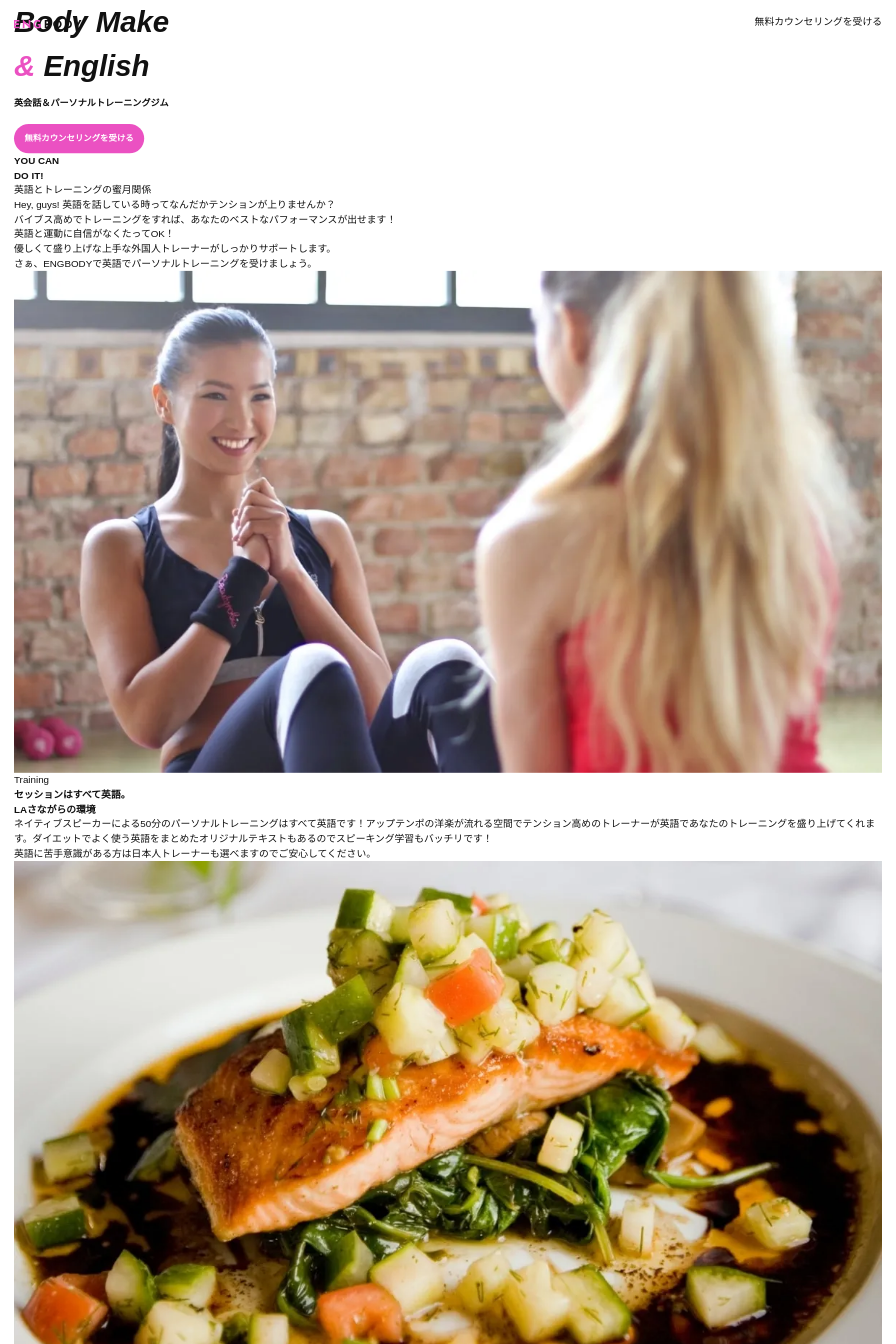
Repository: tetishi/engbody
Page: index.html
An editor plug-in stored every save of this project. The page is shown before and after the next save, followed by the edit.
The browser window is 1280 px wide. The pictures show the part of the page from y = 0 to 1920 px (the page is 12144 px tall before and 12081 px after), at 70% of full size.
The style sheet was rebuilt from its Sass, Less or Tailwind sources for each picture, by a compiler version that may differ from the author's.

Above is the page before, as saved 2023-07-25 17:08:05.

### index.html
<!DOCTYPE html>
<html lang="en">
<head>
    <meta charset="UTF-8">
    <meta name="viewport" content="width=device-width, initial-scale=1.0">
    <title>ENGBODY</title>
    <link href="https://fonts.googleapis.com/css2?family=Josefin+Sans:ital,wght@0,400;0,700;1,400;1,700&display=swap" rel="stylesheet">
    <link rel="stylesheet" href="./css/reset.css">
    <link rel="stylesheet" href="./css/style.css">
</head>
<body>
    <header class="header">
        <div class="header-inner">
            <h2 class="nav-title">
                <a href="#">
                    <img src="img/engbody.svg" alt="ENGBODY">
                </a>
            </h2>
            <nav class="header-nav">
                <div class="counseling-btn-top">
                    <a href="#">無料カウンセリングを受ける</a>
                </div>
            </nav>
        </div>
    </header>

    <main>
        <!-- fv -->
        <div class="fv">
            <div class="section-inner">
                <h2 class="page-title">
                    Body Make<br>
                    <span>&</span> English
                </h2>
                <div class="page-title-bottom">
                    英会話＆パーソナルトレーニングジム
                </div>
                <div class="counseling-btn">
                    <a href="#">無料カウンセリングを受ける</a>
                </div>
            </div>
        </div>

        <section id="concept" class="section-wrapper">
            <div class="section-outer">
                <div class="section-inner">
                    <h2 class="catchphrase">
                        YOU CAN<br class="sp">
                        DO IT!
                    </h2>
                    <p class="section-under-title">
                        英語とトレーニングの<span class="phrase">蜜月関係</span>
                    </p>
                    <p class="concept-text">
                        Hey, guys! 英語を話している時ってなんだかテンションが上りませんか？<br>
                        バイブス高めでトレーニングをすれば、あなたのベストなパフォーマンスが出せます！<br>
                        英語と運動に自信がなくたってOK！<br>
                        優しくて盛り上げな上手な外国人トレーナーがしっかりサポートします。<br>
                        さぁ、ENGBODYで英語でパーソナルトレーニングを受けましょう。
                    </p>
                    <div class="training-box">
                        <div class="training-img">
                            <picture>
                                <source srcset="img/training.webp" type="image/webp">
                                <img src="img/training.jpg" alt="外国人のパーソナルトレーナーがお客様に英語とトレーニングをサポートしている様子">
                            </picture>
                        </div>
                        <div class="training-text">
                            <p class="training-top">
                                Training
                            </p>
                            <h3 class="training-title">
                                セッションはすべて英語。<br>
                                LAさながらの環境
                            </h3>
                            <p class="training-description">
                                ネイティブスピーカーによる50分のパーソナルトレーニングはすべて英語です！アップテンポの洋楽が流れる空間でテンション高めのトレーナーが英語であなたのトレーニングを盛り上げてくれます。ダイエットでよく使う英語をまとめたオリジナルテキストもあるのでスピーキング学習もバッチリです！<br>
                                英語に苦手意識がある方は日本人トレーナーも選べますのでご安心してください。
                            </p>
                        </div>
                    </div>
                    <div class="food-box">
                        <div class="food-img">
                            <picture>
                                <source srcset="img/food.webp" type="image/webp">
                                <img src="img/food.jpg" alt="低糖質レストラン『LCR』の魚と野菜の盛り合わせメニューの写真">
                            </picture>
                        </div>
                        <div class="food-text">
                            <p class="food-top">
                                Food
                            </p>
                            <h3 class="food-title">
                                低糖質レストランを完備！<br>
                                美味しく食べてダイエット
                            </h3>
                            <p class="food-description">
                                食事制限って大変ですよね......。でも大丈夫！ENGBODY館内には低糖質レストラン『LCR』を完備しています。Low carb（低糖質）なのにとっても美味しい味に驚くはずです！メニューも豊富で飽きさせません。美味しく食べてしっかり痩せる！しかも英語力もアップ！それがENGBODYなのです。
                            </p>
                        </div>
                    </div>
                    <div class="counseling-btn">
                        <a href="#">無料カウンセリングを受ける</a>
                    </div>
                </div>
            </div>

        </section>

        <section class="section-wrapper">
            <div class="section-outer">
                <div class="section-inner">
                    <h2 class="section-title">
                        Our Trainer
                        <span>トレーナー</span>
                    </h2>
                    <div class="select-option">
                        <p class="trainer">
                            トレーナー
                        </p>
                        <p class="staff">
                            スタッフ
                        </p>
                    </div>
                    <ul class="trainer-list">
                        <li class="trainer-item">
                            <picture>
                                <source srcset="img/trainer01.webp" type="image/webp">
                                <img src="img/trainer01.jpg" alt="日本人女性のトレーナーの写真">
                            </picture>
                            <p class="trainer-greeting">
                                こんにちは！英語で楽しくトレーニングしましょう。日本語が話せますのでご安心ください。
                            </p>
                        </li>
                        <li class="trainer-item">
                            <picture>
                                <source srcset="img/trainer02.webp" type="image/webp">
                                <img src="img/trainer02.jpg" alt="外国人女性のトレーナーの写真">
                            </picture>
                            <p class="trainer-greeting">
                                Hello! 筋肉をつけすぎずしなやかな体を作ることが得意です！美しさを磨いていきましょう。
                            </p>
                        </li>
                        <li class="trainer-item">
                            <picture>
                                <source srcset="img/trainer03.webp" type="image/webp">
                                <img src="img/trainer03.jpg" alt="外国人男性のトレーナーの写真">
                            </picture>
                            <p class="trainer-greeting">
                                Hi, 負荷や強度の高いトレーニングがしたいならおまかせてください！どんなご要望もできるかぎり叶えますよ！
                            </p>
                        </li>
                    </ul>
                    <ul class="staff-list">
                        <li class="staff-item">
                            <picture>
                                <source srcset="img/staff01.webp" type="image/webp">
                                <img src="img/staff01.jpg" alt="日本人女性スタッフの写真">
                            </picture>
                            <p class="staff-greeting">
                                ENBODYは明るくてとっても楽しいジムです！みなさんのセッションが楽しくなるようしっかりサポートいたします。
                            </p>
                        </li>
                        <li class="staff-item">
                            <picture>
                                <source srcset="img/staff02.webp" type="image/webp">
                                <img src="img/staff02.jpg" alt="外国人男性スタッフの写真">
                            </picture>
                            <p class="staff-greeting">
                                Hi, please let me know anytime if you have any questions. We will fully support you!
                            </p>
                        </li>
                    </ul>
                </div>
            </div>
        </section>

        <section class="section-wrapper">
            <div class="section-outer">
                <div class="section-inner">
                    <h2 class="section-title">
                        Studio
                        <span>スタジオ</span>
                    </h2>
                    <div class="slide-image">
                        <picture>
                            <source srcset="img/studio01.webp" type="image/webp">
                            <img src="img/studio01.jpg" alt="後ろ姿の女性がトレーニング器具に座って、ダンベルを両手に持ち上げて、スタジオでトレーニングしている写真">
                        </picture>
                        <picture>
                            <source srcset="img/studio02.webp" type="image/webp">
                            <img src="img/studio02.jpg" alt="正面を向いた女性がトレーニング器具に座って、腕を上げてスタジオでトレーニングしている写真">
                        </picture>
                        <picture>
                            <source srcset="img/studio03.webp" type="image/webp">
                            <img src="img/studio03.jpg" alt="後ろ姿の男性がスタジオでバーベルを持ってウエイトトレーニングをしている写真">
                        </picture>
                    </div>
                </div>
            </div>
        </section>

        <section class="section-wrapper">
            <div class="section-outer">
                <div class="section-inner">
                    <h2 class="section-title">
                        Price
                        <span>料金</span>
                    </h2>
                    <ul class="price-list">
                        <li class="price-item">
                            <div class="price-box">
                                <p class="course">
                                    週１コース
                                </p>
                                <h3 class="course-price">
                                    ¥20,000
                                </h3>
                                <p class="admission-fee">
                                    （入会金 ¥10000）
                                </p>
                            </div>
                            <div class="rental-box">
                                <p class="course-top">
                                    レンタル
                                </p>
                                <p class="course-text">
                                    タオル、ウェア、プロテイン無料
                                </p>
                            </div>
                            <div class="restaurant-box">
                                <p class="course-top">
                                    レストラン
                                </p>
                                <p class="course-text">
                                    使用不可
                                </p>
                            </div>
                            <div class="diet-box">
                                <p class="course-top">
                                    食事指導
                                </p>
                                <p class="course-text">
                                    無し
                                </p>
                            </div>
                        </li>
                        <li class="price-item">
                            <p class="recommend">
                                オススメ！
                            </p>
                            <div class="price-box">
                                <p class="course">
                                    週２コース
                                </p>
                                <h3 class="course-price">
                                    ¥40,000
                                </h3>
                                <p class="admission-fee">
                                    （入会金 ¥10000）
                                </p>
                            </div>
                            <div class="rental-box">
                                <p class="course-top">
                                    レンタル
                                </p>
                                <p class="course-text">
                                    タオル、ウェア、プロテイン無料
                                </p>
                            </div>
                            <div class="restaurant-box">
                                <p class="course-top">
                                    レストラン
                                </p>
                                <p class="course-text">
                                    使用可
                                </p>
                            </div>
                            <div class="diet-box">
                                <p class="course-top">
                                    食事指導
                                </p>
                                <p class="course-text">
                                    有り
                                </p>
                            </div>
                        </li>
                        <li class="price-item">
                            <div class="price-box">
                                <p class="course">
                                    無制限
                                </p>
                                <h3 class="course-price">
                                    ¥70,000
                                </h3>
                                <p class="admission-fee">
                                    （入会金 ¥10000）
                                </p>
                            </div>
                            <div class="rental-box">
                                <p class="course-top">
                                    レンタル
                                </p>
                                <p class="course-text">
                                    タオル、ウェア、プロテイン無料
                                </p>
                            </div>
                            <div class="restaurant-box">
                                <p class="course-top">
                                    レストラン
                                </p>
                                <p class="course-text">
                                    使用可
                                </p>
                            </div>
                            <div class="diet-box">
                                <p class="course-top">
                                    食事指導
                                </p>
                                <p class="course-text">
                                    有り
                                </p>
                            </div>
                        </li>
                    </ul>
                </div>
            </div>
        </section>

        <section class="section-wrapper">
            <div class="section-outer">
                <div class="section-inner">
                    <h2 class="section-title">
                        FAQ
                        <span>よくあるご質問</span>
                    </h2>
                    <div class="faq-box">
                        <details class="faq-item">
                            <summary class="faq-top-text">
                                見学や体験は可能ですか？
                            </summary>
                            <p class="faq-bottom-text">
                                無料カウンセリングの際に見学が可能です。フォームに見学・体験希望の欄がございますので内容をご確認しチェックを入れてください。
                            </p>
                        </details>
                        <details class="faq-item">
                            <summary class="faq-top-text">
                                用意するものは何がありますか？
                            </summary>
                            <p class="faq-bottom-text">
                                シューズをご持参ください。ウェアとタオルは無料でレンタルが可能です。
                            </p>
                        </details>
                        <details class="faq-item">
                            <summary class="faq-top-text">
                                シャワールームはありますか？
                            </summary>
                            <p class="faq-bottom-text">
                                5つのシャワールームがございます。ボディソープ・シャンプー・リンスなどのアメニティやドライヤーもご用意しております。
                            </p>
                        </details>
                    </div>
                </div>
            </div>
        </section>

        <div class="free-counseling">
            <picture>
                <source srcset="img/sp_counseling_top.webp" type="image/webp">
                <img src="img/sp_counseling_top.jpg" alt="アジア人、黒人、白人の女性3人がトレーニングウェアを着て肩を組んで笑顔でこちらを見ている写真">
            </picture>
            <div class="counseling-container">
                <h3 class="invite-message">
                    Come join us!! 😊
                </h3>
                <div class="counseling-btn white">
                    <a href="#">無料カウンセリングを受ける</a>
                </div>
            </div>
        </div>

    </main>
    <footer class="footer">
        <div class="footer-text">
            ENGBODY
        </div>
    </footer>

    <a href="#" class="pagetop">
        <div class="pagetop-arrow">
            <i class="fas fa-angle-up"></i>
        </div>
    </a>
</body>
</html>

### css/style.scss
/* base */

html {
    font-size: 62.5%;
}
body {
    font-size: 1.4rem;
    font-family: 'Hiragino Sans', sans-serif;
    color: #111111;
}
h2 h3 {
    font-family: 'Josefin Sans', sans-serif;
}
img {
    vertical-align: bottom;
}
.section-inner {
    padding: 0 20px;
    // margin: 0 auto;
}
.section-title {
    font-size: 4rem;
    &:nth-of-type(2) {
        font-size: 3.2rem;
    }
    &:nth-of-type(odd) {
        color: #fff;
    }
    span {
        font-size: 1.4rem;
        margin-bottom: 30px;
        &:last-of-type {
            margin-bottom: 35px;
        }
    }
}
a {
    color: inherit;
    text-decoration: none;
}

// header
.header {
    position: fixed;
    width: 100%;
    top: 0;
    left: 0;
    z-index: 999;
}
.header-inner {
    display: flex;
    justify-content: space-between;
    align-items: center;
    height: 60px;
    padding: 0 20px;
}
.counseling-btn {
    font-weight: bold;
    color: #fff;
    font-size: 1.2rem;
    width: 186px;
    background-color: #EB51C2;
    text-align: center;
    vertical-align: middle;
    border-radius: 50px;
    padding: 12px 15px;
}

//fv
.page-title {
    font-size: 4.2rem;
    font-style: italic;
    span {
        color: #EB51C2;
    }
}
.page-title-bottom {
    font-size: 1.3rem;
    font-weight: bold;
    margin: 12px 0 19px;
}

Loaded but not shown: img/engbody.svg (6 lines, source omitted); css/reset.css (146 lines, source omitted)

After the next save:
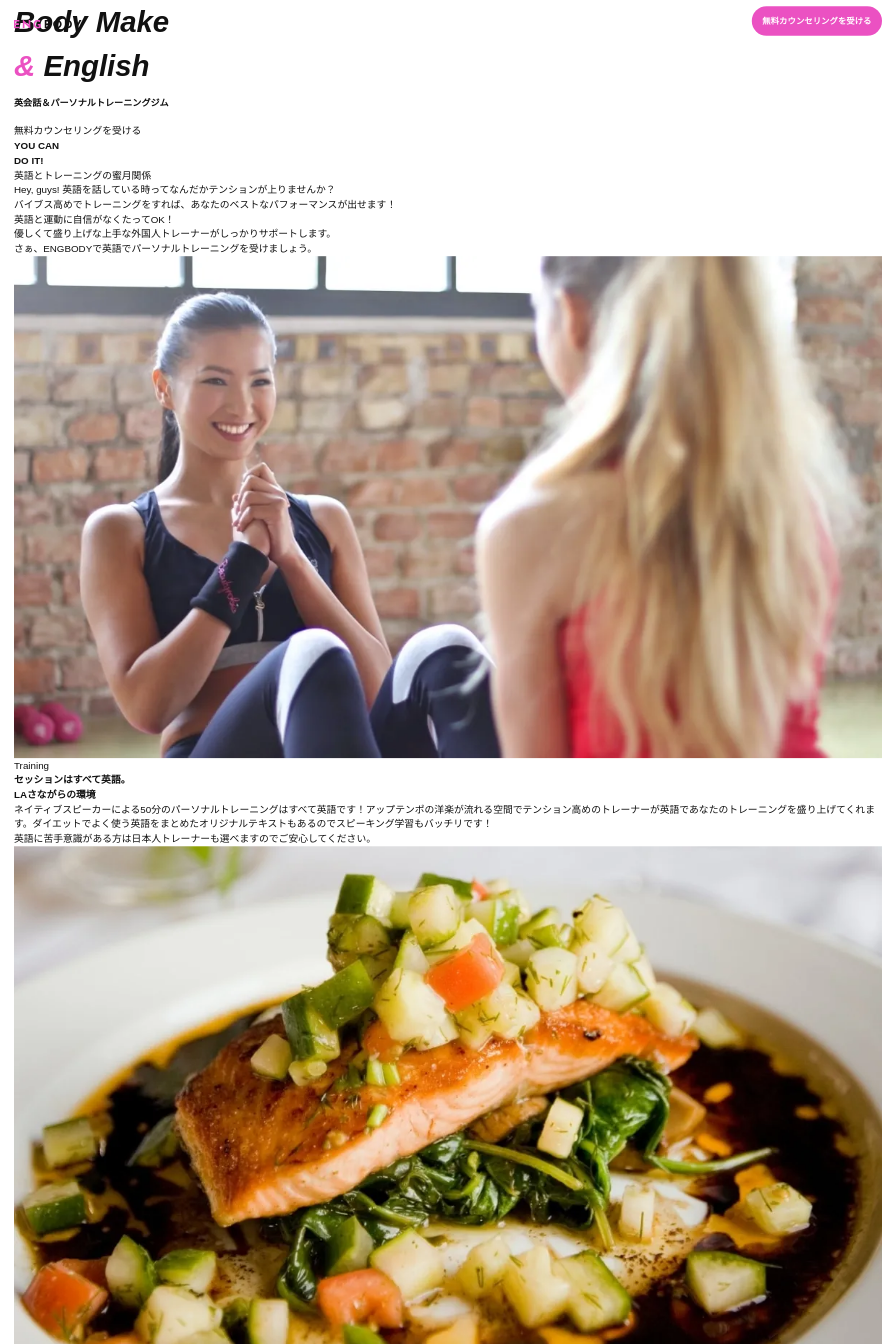
Saved 13 s later.
--- a/css/style.scss
+++ b/css/style.scss
@@ -54,7 +54,7 @@ a {
     height: 60px;
     padding: 0 20px;
 }
-.counseling-btn {
+.counseling-btn-top {
     font-weight: bold;
     color: #fff;
     font-size: 1.2rem;

After the 2 saves that followed:
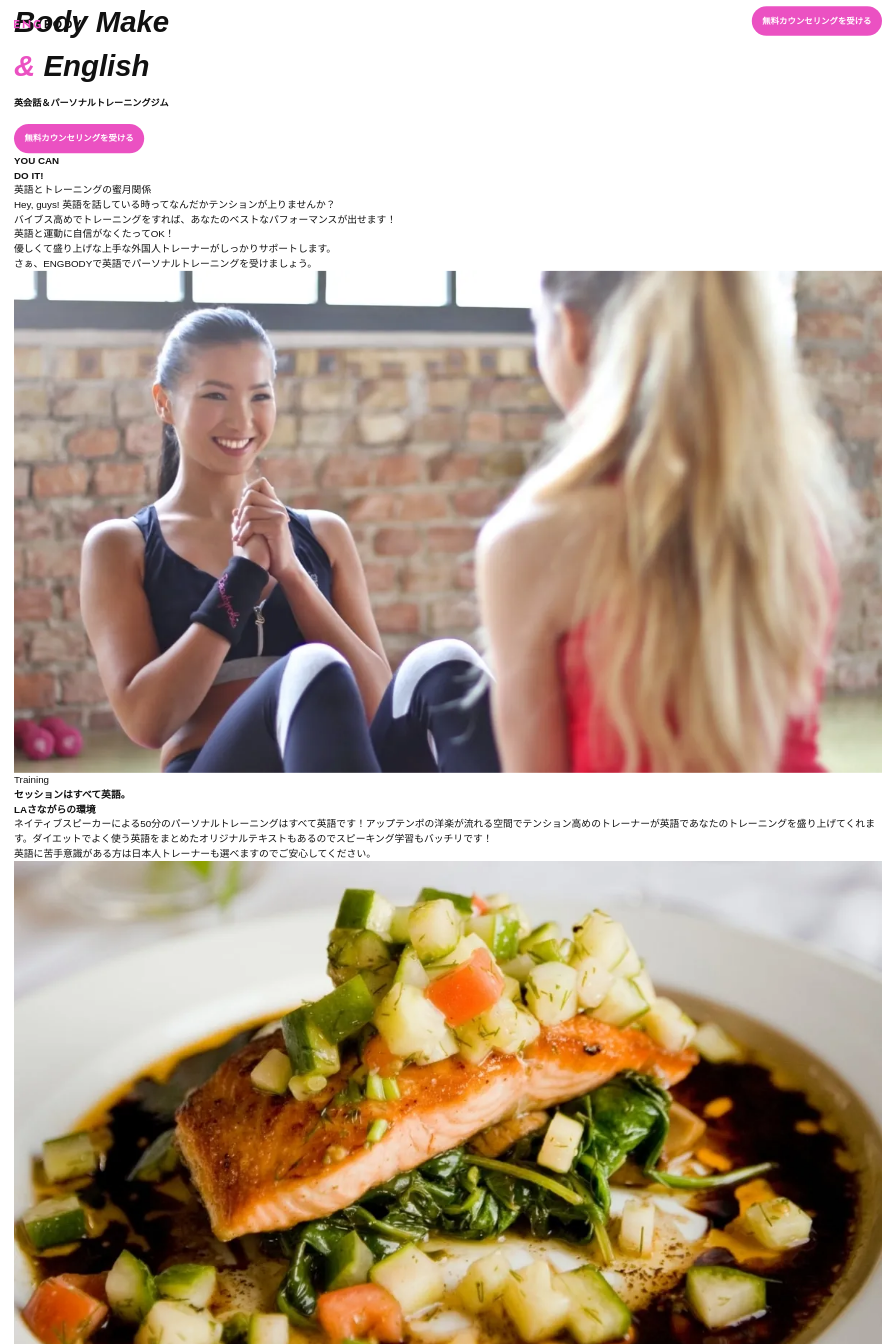
The 2 saves are shown as one change because they came seconds apart.
The last was saved 18 s later.
--- a/css/style.scss
+++ b/css/style.scss
@@ -79,3 +79,14 @@ a {
     font-weight: bold;
     margin: 12px 0 19px;
 }
+.counseling-btn {
+    font-weight: bold;
+    color: #fff;
+    font-size: 1.2rem;
+    width: 186px;
+    background-color: #EB51C2;
+    text-align: center;
+    vertical-align: middle;
+    border-radius: 50px;
+    padding: 12px 15px;
+}
